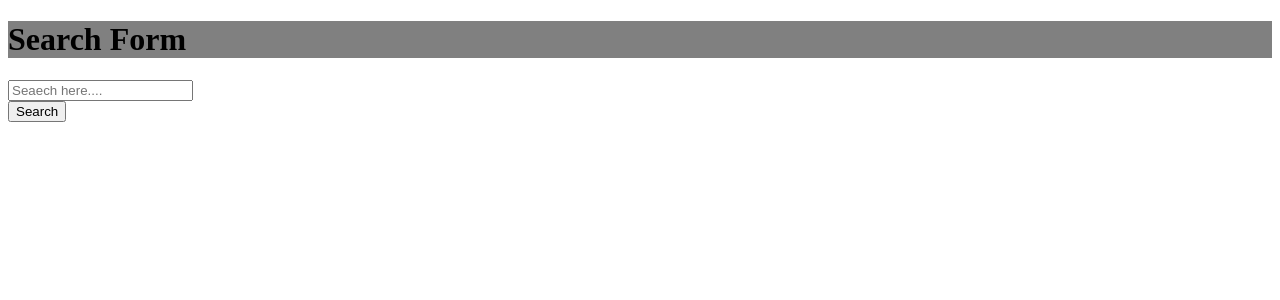
Repository: abhinavk718/servlet-project
Page: empwebapp/WebContent/search.html
An editor plug-in stored every save of this project. The page is shown before and after the next save, followed by the edit.
The browser window is 1280 px wide. The pictures show the whole page.

Above is the page before, as saved 2019-11-15 08:32:40.

### empwebapp/WebContent/search.html
<!DOCTYPE html>
<html>
<head>
<meta charset="ISO-8859-1">
<title>Insert title here</title>
</head>
<body>
<form action="" class="col-md-4 offset-4 mt-5 mb-5 card card-body">
    <h1 class="text-center" style="background-color: gray;">Search Form</h1>
    <div class="formgroup">
        <input type="text" name="search"class="form-control mb-1" placeholder="Seaech here....">
    </div>
    <div class="formgroup">
        <button type="submit" class="btn btn-primary float-right mb-1" >Search</button>
    </div>
</form>
</body>
</html>

After the next save:
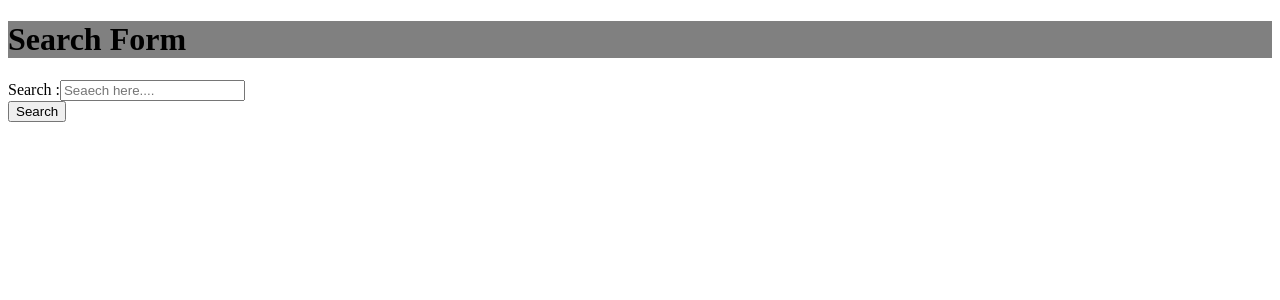
Saved 32 s later.
--- a/empwebapp/WebContent/search.html
+++ b/empwebapp/WebContent/search.html
@@ -8,7 +8,7 @@
 <form action="" class="col-md-4 offset-4 mt-5 mb-5 card card-body">
     <h1 class="text-center" style="background-color: gray;">Search Form</h1>
     <div class="formgroup">
-        <input type="text" name="search"class="form-control mb-1" placeholder="Seaech here....">
+        Search :<input type="text" name="search"class="form-control mb-1" placeholder="Seaech here....">
     </div>
     <div class="formgroup">
         <button type="submit" class="btn btn-primary float-right mb-1" >Search</button>
